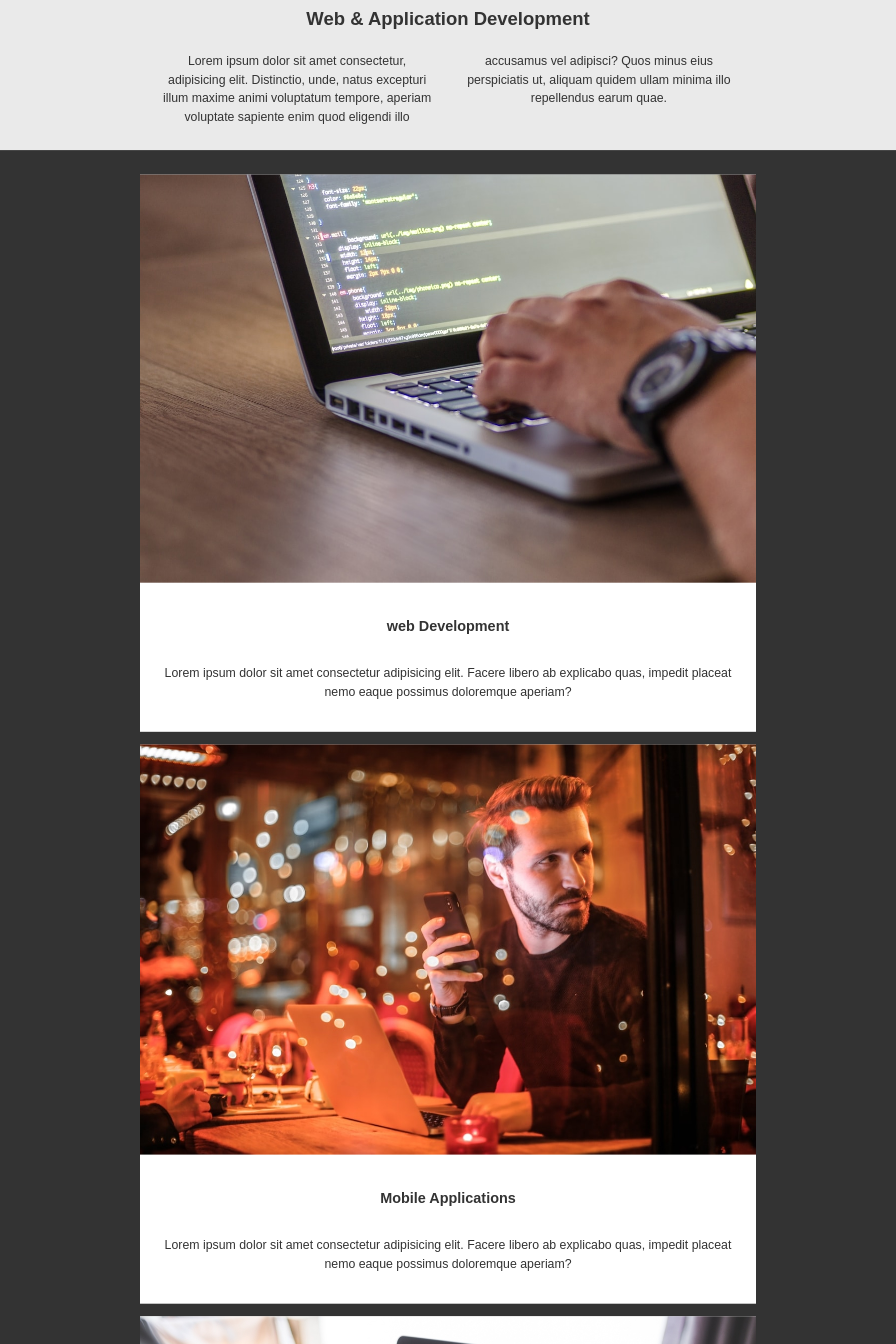
Repository: ErikBaer/MobileFirst
Page: index.html
The author's editor kept a copy of each file at every save. The page is drawn from the files as they stood at one save, then again after the next save.
The browser window is 1280 px wide. The pictures show the part of the page from y = 468 to 2388 px (the page is 3905 px tall before and 1988 px after), at 70% of full size.

Above is the page before, as saved 2020-02-15 03:58:16.

After the next save:
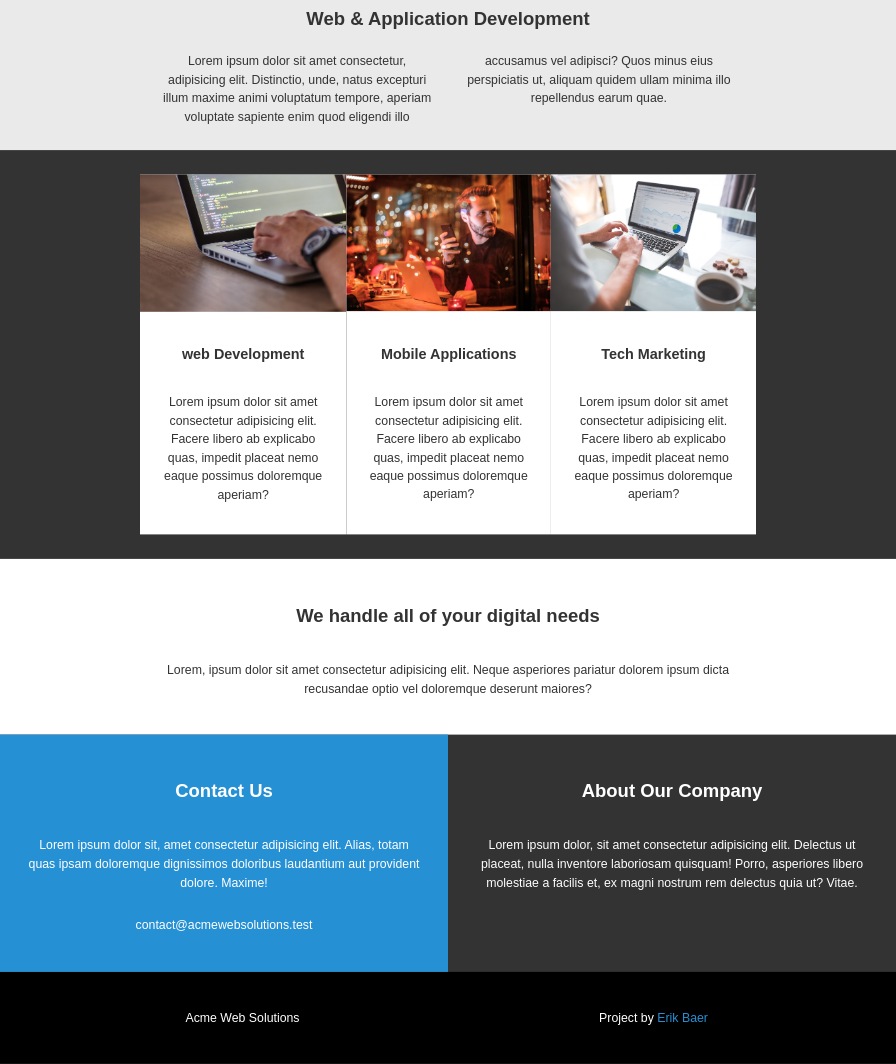
Saved 80 s later.
--- a/style.css
+++ b/style.css
@@ -160,4 +160,8 @@ p {
      .box, #main-footer div {
          grid-column: span 2;
      }
+
+     #section-b ul {
+         display:flex;
+     }
 }
